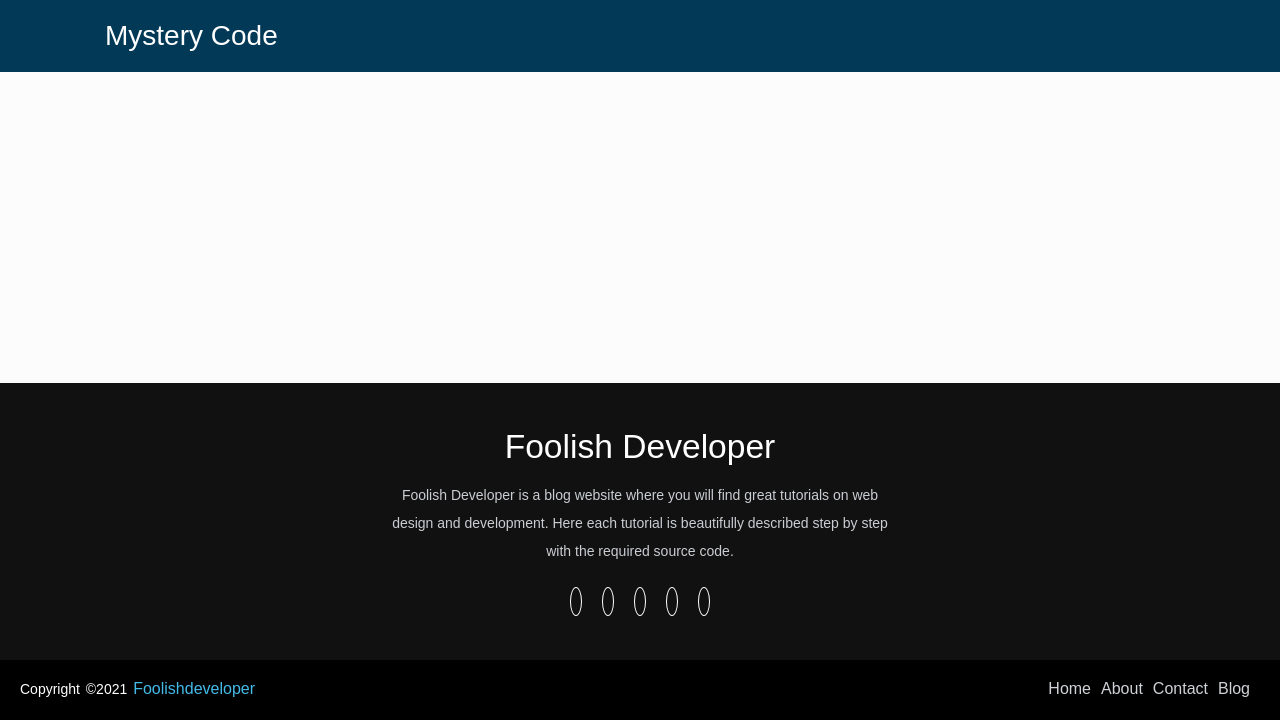
Repository: mcleanka/gym-management-system
Page: index.html
These files come from the project's save history. The page is drawn as it stood at one moment and after the next save; the edit follows.
The browser window is 1280 px wide. The pictures show the whole page.

Above is the page before, as saved 2022-07-01 16:59:12.

### index.html
<!DOCTYPE html>
<html lang="en">

<head>
	<meta charset="UTF-8">
	<meta http-equiv="X-UA-Compatible" content="IE=edge">
	<meta name="viewport" content="width=device-width, initial-scale=1.0">
	<title>Home | Gym Management System</title>

	<link rel="stylesheet" href="css/style.css">
	<script src="js/app.js"></script>
</head>

<body>
	<div class="container">
		<div class="wrapper">

			<header id="header">
				<div class="container">
					<div class="header_left">
						<a class="logo" href="#">Mystery Code</a>
					</div>
				</div>
			</header>


			<footer>
				<div class="footer-content">
					<h3>Foolish Developer</h3>
					<p>Foolish Developer is a blog website where you will find great tutorials on web design and
						development. Here
						each tutorial is beautifully described step by step with the required source code.</p>
					<ul class="socials">
						<li><a href="#"><i class="fa fa-facebook"></i></a></li>
						<li><a href="#"><i class="fa fa-twitter"></i></a></li>
						<li><a href="#"><i class="fa fa-google-plus"></i></a></li>
						<li><a href="#"><i class="fa fa-youtube"></i></a></li>
						<li><a href="#"><i class="fa fa-linkedin-square"></i></a></li>
					</ul>
				</div>
				<div class="footer-bottom">
					<p>copyright &copy;2021 <a href="#">foolishdeveloper</a> </p>
					<div class="footer-menu">
						<ul class="f-menu">
							<li><a href="">Home</a></li>
							<li><a href="">About</a></li>
							<li><a href="">Contact</a></li>
							<li><a href="">Blog</a></li>
						</ul>
					</div>
				</div>

			</footer>
		</div>
	</div>
</body>

</html>

### css/style.css
     * {
     	margin: 0;
     	padding: 0;
     	box-sizing: border-box;
     }

     *,
     *:after,
     *:before {
     	box-sizing: border-box;
     }

     a {
     	text-decoration: none;
     }

     body {
     	background: #fcfcfc;
     	font-family: sans-serif;
     }

     #header {
     	padding: 20px 10px;
     	display: flex;
     	align-items: center;
     	justify-content: space-between;
     	background: #023957;
     	position: fixed;
     	left: 0;
     	top: 0;
     	width: 100%;
     }

     .container {
     	max-width: 1100px;
     	width: 100%;
     	margin: 0 auto;
     	padding: 0 15px;
     	display: flex;
     	align-items: center;
     	justify-content: space-between;
     }


     .logo {
     	font-size: 28px;
     	color: white;
     }

     footer {
     	position: absolute;
     	bottom: 0;
     	left: 0;
     	right: 0;
     	background: #111;
     	height: auto;
     	width: 100vw;

     	padding-top: 40px;
     	color: #fff;
     }

     .footer-content {
     	display: flex;
     	align-items: center;
     	justify-content: center;
     	flex-direction: column;
     	text-align: center;
     }

     .footer-content h3 {
     	font-size: 2.1rem;
     	font-weight: 500;
     	text-transform: capitalize;
     	line-height: 3rem;
     }

     .footer-content p {
     	max-width: 500px;
     	margin: 10px auto;
     	line-height: 28px;
     	font-size: 14px;
     	color: #cacdd2;
     }

     .socials {
     	list-style: none;
     	display: flex;
     	align-items: center;
     	justify-content: center;
     	margin: 1rem 0 3rem 0;
     }

     .socials li {
     	margin: 0 10px;
     }

     .socials a {
     	text-decoration: none;
     	color: #fff;
     	border: 1.1px solid white;
     	padding: 5px;

     	border-radius: 50%;

     }

     .socials a i {
     	font-size: 1.1rem;
     	width: 20px;


     	transition: color .4s ease;

     }

     .socials a:hover i {
     	color: aqua;
     }

     .footer-bottom {
     	background: #000;
     	width: 100vw;
     	padding: 20px;
     	padding-bottom: 40px;
     	text-align: center;
     }

     .footer-bottom p {
     	float: left;
     	font-size: 14px;
     	word-spacing: 2px;
     	text-transform: capitalize;
     }

     .footer-bottom p a {
     	color: #44bae8;
     	font-size: 16px;
     	text-decoration: none;
     }

     .footer-bottom span {
     	text-transform: uppercase;
     	opacity: .4;
     	font-weight: 200;
     }

     .footer-menu {
     	float: right;

     }

     .footer-menu ul {
     	display: flex;
     }

     .footer-menu ul li {
     	padding-right: 10px;
     	display: block;
     }

     .footer-menu ul li a {
     	color: #cfd2d6;
     	text-decoration: none;
     }

     .footer-menu ul li a:hover {
     	color: #27bcda;
     }

     @media (max-width:500px) {
     	.footer-menu ul {
     		display: flex;
     		margin-top: 10px;
     		margin-bottom: 20px;
     	}
     }

### js/app.js
/* Toggle between adding and removing the "responsive" class to topnav when the user clicks on the icon */
function myFunction() {
	var x = document.getElementById("myTopnav");
	if (x.className === "topnav") {
		x.className += " responsive";
	} else {
		x.className = "topnav";
	}
}

After the next save:
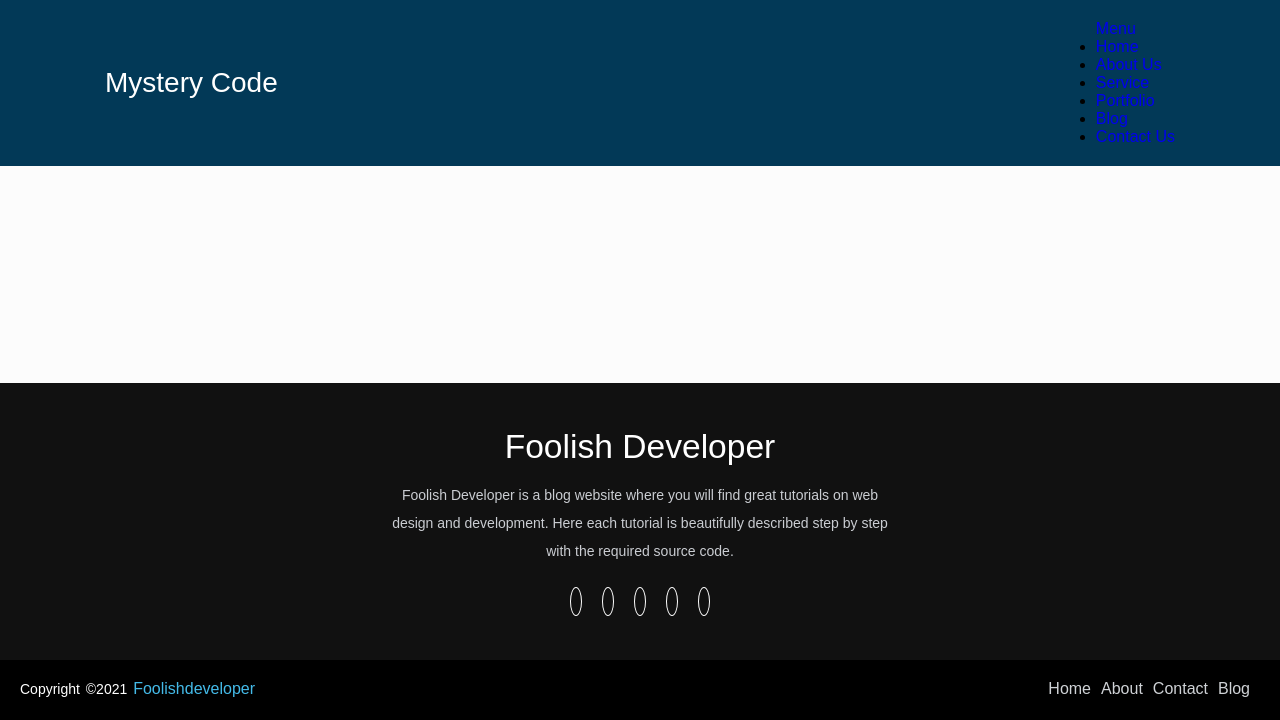
Saved 21 s later.
--- a/index.html
+++ b/index.html
@@ -19,6 +19,19 @@
 				<div class="container">
 					<div class="header_left">
 						<a class="logo" href="#">Mystery Code</a>
+					</div>
+					<div class="header_right">
+						<a href="#!" class="nav_ico">Menu</a>
+						<nav class="main_nav">
+							<ul>
+								<li><a href="#">Home</a></li>
+								<li><a href="#">About Us</a></li>
+								<li><a href="#">Service</a></li>
+								<li><a href="#">Portfolio</a></li>
+								<li><a href="#">Blog</a></li>
+								<li><a href="#">Contact Us</a></li>
+							</ul>
+						</nav>
 					</div>
 				</div>
 			</header>
